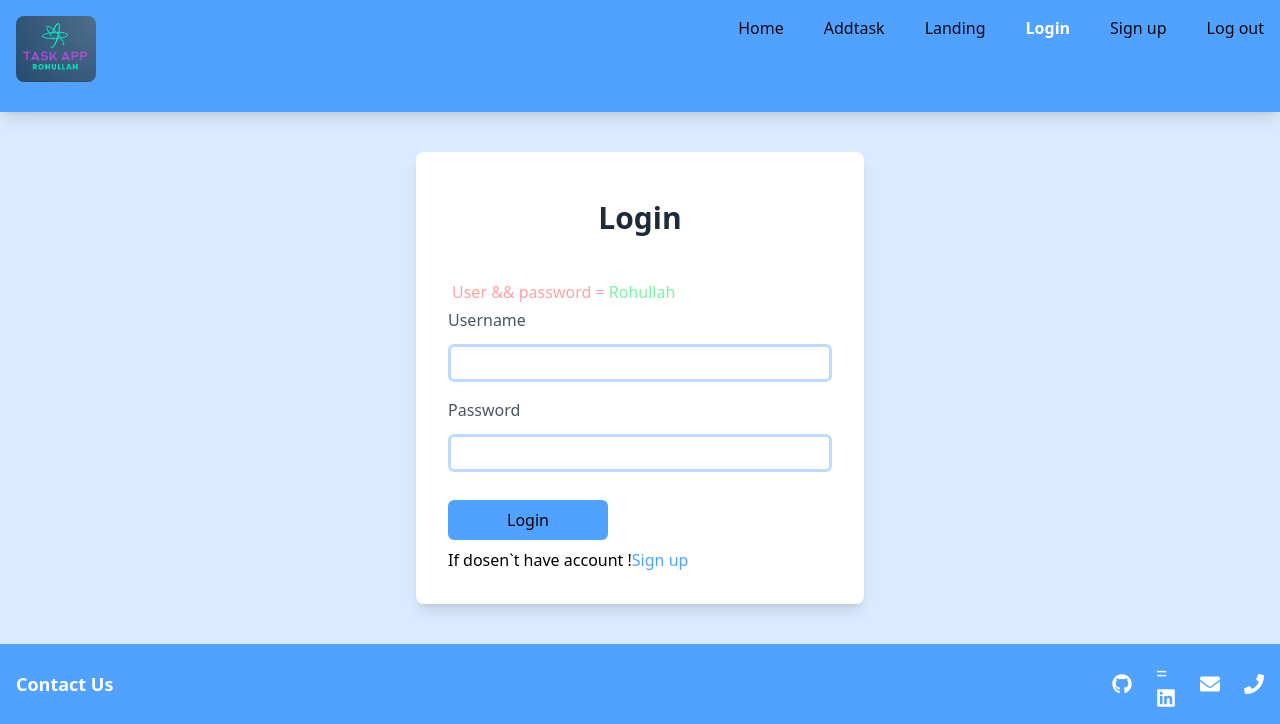
Repository: Rohullah-Noori/TaskApp
Page: /
An editor plug-in stored every save of this project. The page is shown before and after the next save, followed by the edit.
The browser window is 1280 px wide. The pictures show the whole page.
The project was rebuilt for these pictures with package versions that can differ from the ones it lists, and the page was loaded fresh each time. Also part of the build but not shown: vite.config.js, src/components/Loader.jsx, src/pages/Landing.jsx, src/pages/Home.jsx, src/pages/Signup.jsx, src/pages/Addtask.jsx, src/pages/Edittask.jsx, src/pages/Errorpage.jsx and 1 more.

Above is the page before, as saved 2025-06-23 09:28:02.

### src/index.css
@import "tailwindcss";

.input {
  @apply border-3 border-blue-200 focus:outline-blue-500 w-full rounded-md p-1;
}

.containerForm {
  @apply flex items-center justify-center  p-10 h-[90%] bg-blue-100 flex-grow overflow-y-auto;
}
.parentContainerForm {
  @apply max-w-md bg-white p-8 rounded-lg shadow-lg w-[90%];
}

.heading {
  @apply text-xl sm:text-2xl md:text-3xl font-bold mb-6 text-gray-800 text-center p-1 md:p-4;
}

.taskContainer {
  @apply bg-blue-100 lg:h-full min-h-107 justify-center flex;
}
.taskinnerContainer {
  @apply mt-10 text-center h-[90%]  shadow-lg bg-amber-50  rounded-xl p-10  max-w-md w-full;
}

.btndesign {
  @apply mt-3 cursor-pointer rounded-md py-2 mb-2 w-[50%] text-wrap sm:w-40 bg-blue-400  hover:bg-blue-500 hover:text-white;
}

### src/App.jsx
import { TasksProvider } from "./components/TaskContext";
import { BrowserRouter as Router, Routes, Route } from "react-router-dom";
import PrivateRoute from "./components/PrivateRoute";
import { AuthProvider } from "./components/PrivateContext";
import Landing from "./pages/Landing";
import Home from "./pages/Home";
import Login from "./pages/Login";
import Signup from "./pages/Signup";
import Addtask from "./pages/Addtask";
import Edittask from "./pages/Edittask";
import Errorpage from "./pages/Errorpage";
import Logout from "./pages/Logout";

function App() {
  return (
    <>
      <Router>
        <AuthProvider>
          <TasksProvider>
            <Routes>
              <Route path="/" element={<PrivateRoute />}>
                <Route index element={<Landing />} />
                <Route path="/addtask" element={<Addtask />} />
                <Route path="/home" element={<Home />} />
                <Route path="/edit-task/:taskId" element={<Edittask />} />
              </Route>

              <Route path="/login" element={<Login />} />

              <Route path="/signup" element={<Signup />} />
              <Route path="/logout" element={<Logout />} />

              <Route path="/*" element={<Errorpage />} />
            </Routes>
          </TasksProvider>
        </AuthProvider>
      </Router>
    </>
  );
}

export default App;

### src/components/TaskContext.jsx
import { createContext, useContext, useState } from "react";

const TaskContext = createContext();
export const TasksProvider = ({ children }) => {
  const [tasks, setTasks] = useState([]);
  const [loading, setIsloading] = useState(false);
  const addtask = (newtask) => {
    setTasks((prevtask) => [...prevtask, newtask]);
  };

  const updateTask = (taskId, taskdata) => {
    setTasks((prevtask) =>
      prevtask.map((task) =>
        task.id === Number(taskId)
          ? {
              ...task,
              title: taskdata.title,
              startTime: taskdata.startTime,
              endTime: taskdata.endTime,
            }
          : task
      )
    );
  };

  return (
    <TaskContext.Provider
      value={{
        tasks,
        addtask,
        setTasks,
        loading,
        setIsloading,
        updateTask,
      }}
    >
      {children}
    </TaskContext.Provider>
  );
};

export const useTasks = () => useContext(TaskContext);

### src/components/PrivateRoute.jsx
import { Navigate, Outlet } from "react-router-dom";
import { useAuth } from "./PrivateContext";

// function PrivateRoute({ element, ...res }) {
//   const { islogin } = useAuth();
//   return islogin ? (
//     <Route {...res} element={element} />
//   ) : (
//     <Navigate to="/login" />
//   );
// }

// function PrivateRoute({ element, ...res }) {
//   const { islogin } = useAuth();
//   return (
//     <Route {...res} element={islogin ? element : <Navigate to="/login" />} />
//   );
// }

// export default PrivateRoute;

export default function PrivateRoute() {
  const { islogin } = useAuth();
  return islogin ? <Outlet /> : <Navigate to="/login" />;
}

### src/components/PrivateContext.jsx
import { createContext, useContext, useEffect, useState } from "react";
import { useNavigate } from "react-router-dom";

const AuthContext = createContext();
export const AuthProvider = ({ children }) => {
  const [islogin, setIslogin] = useState(() => {
    return localStorage.getItem("islogin") === "true" ? true : false;
  });
  const navigate = useNavigate();

  useEffect(
    function () {
      localStorage.setItem("islogin", JSON.stringify(islogin));
    },

    [islogin]
  );

  const login = () => {
    setIslogin(true);
    navigate("/");
  };

  const logout = () => {
    setIslogin(false);
    navigate("/login");
  };

  return (
    <AuthContext.Provider value={{ login, logout, islogin }}>
      {children}
    </AuthContext.Provider>
  );
};

export const useAuth = () => useContext(AuthContext);

### src/pages/Login.jsx
import Navbar from "../components/Navbar";
import { useState } from "react";
import { Link, useNavigate } from "react-router-dom";
import Loader from "../components/Loader";
import Button from "../components/Button";
import { useAuth } from "../components/PrivateContext";
import Footer from "../components/Footer";

function Login() {
  const [message, setMessage] = useState("");
  const [loading, setIsloading] = useState(false);
  const [password, setPassword] = useState("");
  const [username, setUsername] = useState("");
  const { login } = useAuth();
  const validusername = "Rohullah";
  const validpassword = "Rohullah";

  // const navigate = useNavigate();

  function handlesubmit(e) {
    e.preventDefault();
    setIsloading(true);
    setMessage("");
    if (username === validusername && password === validpassword) {
      setTimeout(() => {
        setIsloading(false);
        setMessage("login successfully");
        // setTimeout(() => {
        //   navigate("/");
        // }, 500);
        login();
      }, 1000);
    } else {
      setMessage("Invalid Usrename or Password");
      setIsloading(false);
    }
  }
  return (
    <>
      <Navbar />
      <div className="containerForm">
        <div className="parentContainerForm ">
          <h2 className="heading">Login</h2>
          <p className="p-1 text-red-300">
            User && password = <span className="text-green-300">Rohullah</span>
          </p>
          {loading && <Loader />}
          {message && (
            <div
              className={`${
                message === "login successfully"
                  ? "bg-green-100 text-green-700 border-green-500"
                  : "bg-red-100 text-red-700 border-red-500"
              }`}
            >
              {message}
            </div>
          )}

          <form action="" onSubmit={handlesubmit} className="space-y-4">
            <div className=" space-y-3  ">
              <label
                htmlFor="username"
                className="block text-md font-md text-gray-600"
              >
                Username
              </label>

              <input
                type="text"
                id="username"
                value={username}
                onChange={(e) => setUsername(e.target.value)}
                className="input"
              />
            </div>

            <div className=" space-y-3 ">
              <label
                htmlFor="password"
                className="block text-md font-md text-gray-600"
              >
                Password
              </label>
              <input
                type="password"
                id="password"
                value={password}
                onChange={(e) => setPassword(e.target.value)}
                className="input"
              />
            </div>
            <div className="flex">
              <Button type="submit">Login</Button>
            </div>
          </form>

          <div>
            <h3>
              If dosen`t have account !
              <Link
                to={"/signup"}
                className=" text-blue-400 hover:text-blue-600"
              >
                Sign up
              </Link>
            </h3>
          </div>
        </div>
      </div>
      <Footer />
    </>
  );
}

export default Login;

### src/components/Button.jsx
function Button({ children, onClick, disabled }) {
  return (
    <button onClick={onClick} disabled={disabled} className="btndesign">
      {children}
    </button>
  );
}

export default Button;

### src/components/Navbar.jsx
import { Link, useLocation } from "react-router-dom";
import { useState } from "react";
function Navbar() {
  const location = useLocation();
  const [Open, setIsOpen] = useState(false);

  function Toggle() {
    setIsOpen(!Open);
  }

  return (
    <nav className="bg-blue-400  flex shadow-lg p-4  justify-between    sticky top-0 z-10 ">
      <div className="size-20  ">
        <img src="../src/assets/logo/Capture.PNG" className="rounded-lg" />
      </div>
      <div className="lg:hidden">
        <button className="text-white" onClick={Toggle}>
          <svg
            xmlns="http://www.w3.org/2000/svg"
            fill="none"
            viewBox="0 0 24 24"
            stroke="currentColor"
            className="h-6 w-6"
          >
            <path
              strokeLinecap="round"
              strokeLinejoin="round"
              strokeWidth="2"
              d="M4 6h16M4 12h16M4 18h16"
            />
          </svg>
        </button>
      </div>
      <ul className=" hidden lg:flex space-x-10">
        {[
          {
            path: "/home",
            label: "Home",
          },
          {
            path: "/addtask",
            label: "Addtask",
          },
          {
            path: "/",
            label: "Landing",
          },
          {
            path: "/login",
            label: "Login",
          },

          {
            path: "/signup",
            label: "Sign up",
          },
          {
            path: "/logout",
            label: "Log out",
          },
        ].map((item) => (
          <li key={item.path}>
            <Link
              to={item.path}
              className={`hover:text-amber-50 active:text-amber-50 ${
                location.pathname === item.path
                  ? "text-white font-bold"
                  : "text-gray-950"
              }`}
            >
              {item.label}
            </Link>
          </li>
        ))}
      </ul>
      <div
        className={`${
          Open ? "block" : "hidden"
        } absolute w-full top-24 flex flex-col justify-center items-start pl-6  text-center left-0 bg-blue-400 text-white text-center py-4`}
      >
        {[
          {
            path: "/home",
            label: "Home",
          },
          {
            path: "/addtask",
            label: "Addtask",
          },
          {
            path: "/",
            label: "Landing",
          },
          {
            path: "/login",
            label: "Login",
          },

          {
            path: "/signup",
            label: "Sign up",
          },
          {
            path: "/edittask",
            label: "Edit",
          },
        ].map((item) => (
          <Link
            key={item.path}
            to={item.path}
            className={`hover:text-amber-50 active:text-amber-50 ${
              location.pathname === item.path
                ? "text-white font-bold"
                : "text-gray-950"
            }`}
          >
            {item.label}
          </Link>
        ))}
      </div>
    </nav>
  );
}

export default Navbar;

### src/components/Footer.jsx
import { FaGithub, FaLinkedin, FaEnvelope, FaPhone } from "react-icons/fa";

function Footer() {
  return (
    <footer className="bg-blue-400 text-white py-4 w-full">
      <div className="container mx-auto px-4 flex flex-col md:flex-row items-center justify-between space-y-4 md:space-y-0">
        <h1 className="text-lg font-semibold">Contact Us</h1>

        <div className="flex items-center space-x-6 text-xl">
          <a
            href="https://github.com/Rohullah-Noori"
            target="_blank"
            rel="noopener noreferrer"
            className="hover:text-gray-300 transition"
          >
            <FaGithub />
          </a>
          <a
            href="https://linkedin.com"
            target="_blank"
            rel="noopener noreferrer"
            className="hover:text-gray-300 transition"
          >
            =
            <FaLinkedin />
          </a>
          <a
            href="mailto:rohullah313noori313@gmail.com"
            className="hover:text-gray-300 transition"
          >
            <FaEnvelope />
          </a>
          <a href="tel:+93731142295" className="hover:text-gray-300 transition">
            <FaPhone />
          </a>
        </div>
      </div>
    </footer>
  );
}

export default Footer;

Loaded but not shown: index.html (common file); src/main.jsx (common file)

After the next save:
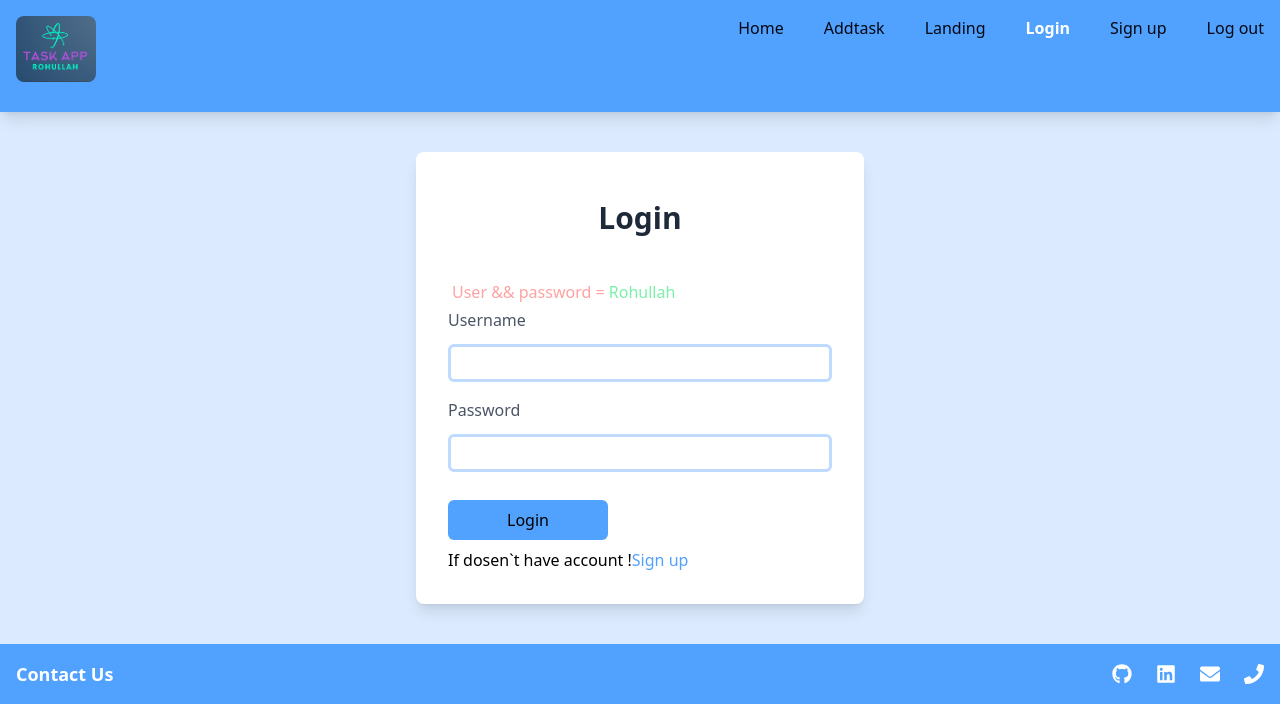
Saved 15 s later.
--- a/src/components/Footer.jsx
+++ b/src/components/Footer.jsx
@@ -21,7 +21,6 @@ function Footer() {
             rel="noopener noreferrer"
             className="hover:text-gray-300 transition"
           >
-            =
             <FaLinkedin />
           </a>
           <a
